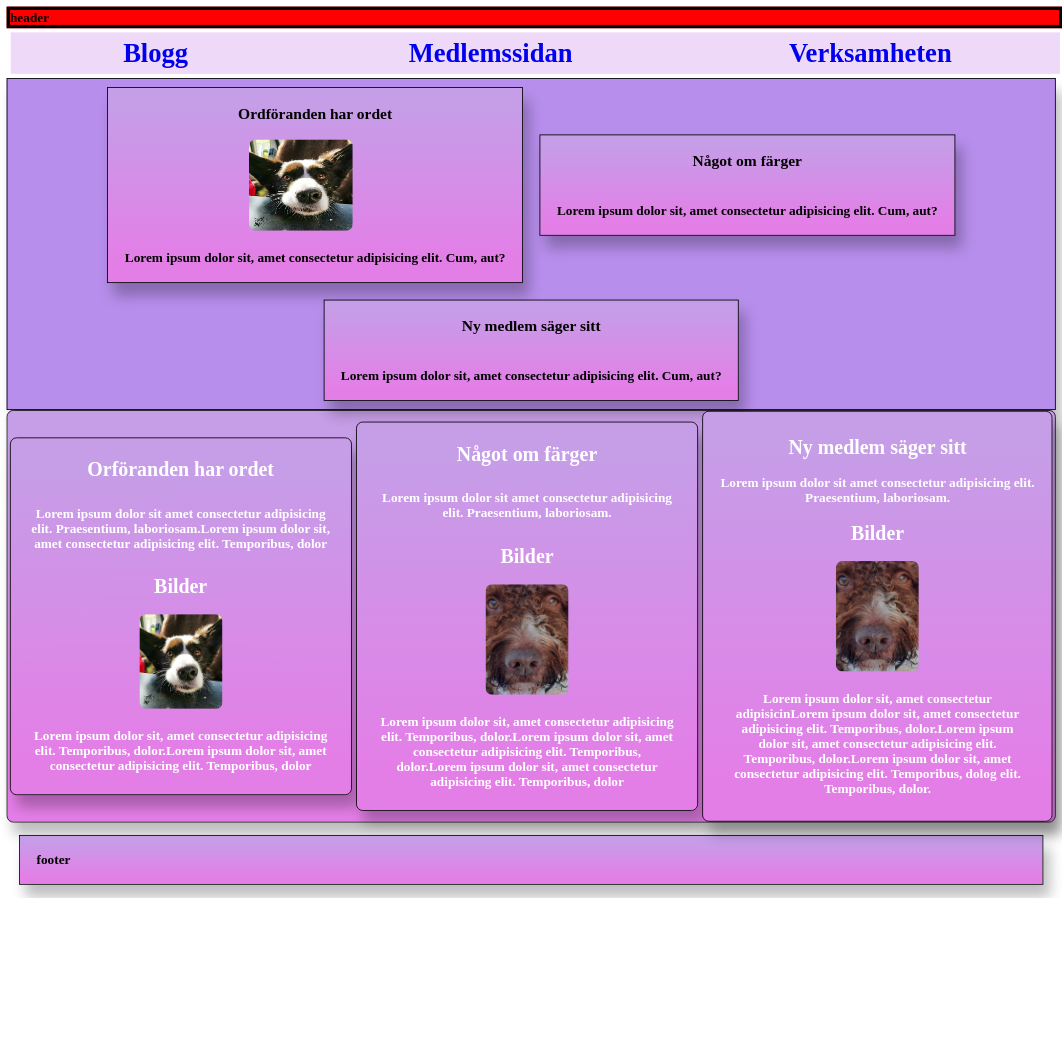
Repository: Webutveckling-20-21/lektion-3-CSS
Page: index.html
The author's editor kept a copy of each file at every save. The page is drawn from the files as they stood at one save, then again after the next save.
The browser window is 1280 px wide. The pictures show the whole page, at 83% of full size.
Some web fonts or font styles are not loaded; a fallback is used.

Above is the page before, as saved 2021-09-30 14:26:25.

### index.html
<!DOCTYPE html>
<html lang="en">

<head>
    <meta charset="UTF-8">
    <meta http-equiv="X-UA-Compatible" content="IE=edge">
    <meta name="viewport" content="width=device-width, initial-scale=1.0">
    <link rel="stylesheet" href="style.css">
    <title>lektion 3</title>
</head>

<body>
    <div class="header">
        header

    </div>

    <ul class="navbar">

            <li class="nav-list"> <a href="#">Blogg</a></li>
            <li><a href="#">Medlemssidan</a></li>
            <li><a href="#">Verksamheten</a></li>

        </ul>

    <div class="main-center">

        <div class="article1">
            <h3>Ordföranden har ordet</h3>
            <img src="images/ord.jpg" class="thumbnail" height="110" width="110" alt="Bild på ordföranden">
            <p>Lorem ipsum dolor sit, amet consectetur adipisicing elit. Cum, aut?</p>
        </div>
        <div class="article3">
            <h3>Något om färger</h3>
            <p>Lorem ipsum dolor sit, amet consectetur adipisicing elit. Cum, aut?</p>
        </div>
        <div class="article3">
            <h3>Ny medlem säger sitt</h3>
            <p>Lorem ipsum dolor sit, amet consectetur adipisicing elit. Cum, aut?</p>
        </div>
    </div>
    <div class="box">
        <div class="blue">
            <h2>Orföranden har ordet</h2>
            <p>Lorem ipsum dolor sit amet consectetur adipisicing elit. Praesentium, laboriosam.Lorem ipsum dolor sit, amet consectetur adipisicing elit. Temporibus, dolor </p>
            <div class="images">
                <h2>Bilder</h2>
                <img src="images/ord.jpg" alt="bild">
                <p>Lorem ipsum dolor sit, amet consectetur adipisicing elit. Temporibus, dolor.Lorem ipsum dolor sit, amet consectetur adipisicing elit. Temporibus, dolor</p>
            </div>
        </div>
        <div class="green">
            <h2>Något om färger</h2>
            <p>Lorem ipsum dolor sit amet consectetur adipisicing elit. Praesentium, laboriosam. </p>
            <div class="images">
                <h2>Bilder</h2>
                <img src="images/olle.jpg" alt="bild">
                <p>Lorem ipsum dolor sit, amet consectetur adipisicing elit. Temporibus, dolor.Lorem ipsum dolor sit, amet consectetur adipisicing elit. Temporibus, dolor.Lorem ipsum dolor sit, amet consectetur adipisicing elit. Temporibus, dolor</p>
            </div>
        </div>
        <div class="red">
            <h2>Ny medlem säger sitt</h2>
            <div>Lorem ipsum dolor sit amet consectetur adipisicing elit. Praesentium, laboriosam.
                <div class="images">
                    <h2>Bilder</h2>
                    <img src="images/olle.jpg" alt="bild">
                    <p>Lorem ipsum dolor sit, amet consectetur adipisicinLorem ipsum dolor sit, amet consectetur adipisicing elit. Temporibus, dolor.Lorem ipsum dolor sit, amet consectetur adipisicing elit. Temporibus, dolor.Lorem ipsum dolor sit, amet consectetur adipisicing elit. Temporibus, dolog elit. Temporibus, dolor.</p>
                </div>
            </div>
        </div>
    </div>
</body>
<div class="footer-place"> footer</div>





</html>

### style.css
@import url('https://fonts.googleapis.com/css2?family=Grechen+Fuemen&display=swap');

body {
    font-family: 'Grechen Fuemen', cursive;
    font-weight: bolder;
}
.header{
    width: 100%;
    border:4px solid black;
    background:red;
}

.navbar {
    width: 100%;
    height: 50px;
    display: flex;
    align-items: center;
    justify-content: space-around;
    background-color: #eed9f8;
    margin: 5px;
}

ul {

    list-style-type: none;
    display: flex;
    margin: 0;
    padding: 0;
    overflow: hidden;
}

.nav-list {
    margin: 5px;
}

a {
    text-decoration: none;
    font-size: 2rem;

}

a:hover {
    color: blue;
}
.thumbnail:hover {
    position:relative;
    top:-20px;
    left:-30px;
    width:500px;
    height:auto;
    display:block;
    z-index:999;
}
/* <img src="[your hosted image URL]" class="thumbnail" height="100" width="100" />  */



.box {
    background: linear-gradient(to bottom, #c69de7 10%, #e47ee7 90%);
    /* height:200px; */
    display: flex;
    max-width: 100%;
    align-items: center;
    justify-content: center;
    border: 1px solid black;
    border-radius: 8px;
    flex-wrap: wrap;
    justify-content: center;
    /* opacity: 0.5; */
    box-shadow: 7.6px 15.2px 15.2px hsl(0deg 0% 0% / 0.26);
}

.blue {

    background: linear-gradient(to bottom, #c69de7 10%, #e47ee7 90%);
    max-width: 400px;
    margin: auto;
    border: 1px solid black;
    color: white;
    text-align: center;
    border-radius: 8px;
    justify-content: center;
    padding: 5px;
    box-shadow: 7.6px 15.2px 15.2px hsl(0deg 0% 0% / 0.26);


}

.green {

    background: linear-gradient(to bottom, #c69de7 10%, #e47ee7 90%);
    max-width: 400px;
    margin: auto;
    border: 1px solid black;
    color: white;
    text-align: center;
    border-radius: 8px;
    justify-content: center;
    padding: 5px;
    box-shadow: 7.6px 15.2px 15.2px hsl(0deg 0% 0% / 0.26);


}

.red {

    background: linear-gradient(to bottom, #c69de7 10%, #e47ee7 90%);
    max-width: 400px;
    margin: auto;
    color: white;
    text-align: center;
    border: 1px solid black;

    border-radius: 8px;
    justify-content: center;
    padding: 10px;
    box-shadow: 7.6px 15.2px 15.2px hsl(0deg 0% 0% / 0.26);

}

img {
    width: 25%;
    border-radius: 8px;
    max-width: 300px;
    margin: auto;
}

h2 {
    justify-content: center;
}

.main-center h3 {
    justify-content: center;
}

.main-center {
    display: flex;
    flex-direction: row;
    flex-wrap: wrap;
    border: 1px solid black;
    align-items: center;
    justify-content: center;
    background-color: rgb(183, 142, 236);
    box-shadow: 7.6px 15.2px 15.2px hsl(0deg 0% 0% / 0.26);
}

.article1 {
    margin: 10px;
    border: 1px solid black;
    justify-content: center;
    align-items: center;
    background: linear-gradient(to bottom, #c69de7 10%, #e47ee7 90%);
    box-shadow: 7.6px 15.2px 15.2px hsl(0deg 0% 0% / 0.26);

}
.article1 img {
    border-radius: 8px;
    margin-left: 170px;
}

.article2 {
    margin: 10px;
    border: 1px solid black;
    background-color: rgb(172, 125, 233);
    box-shadow: 7.6px 15.2px 15.2px hsl(0deg 0% 0% / 0.26);
    background: linear-gradient(to bottom, #c69de7 10%, #e47ee7 90%);

}

.article3 {
    margin: 10px;
    border: 1px solid black;
    background: linear-gradient(to bottom, #c69de7 10%, #e47ee7 90%);
    box-shadow: 7.6px 15.2px 15.2px hsl(0deg 0% 0% / 0.26);
}

h3 {
    margin: auto;
}

p {
    text-align: center;
    margin: 10px;
    padding: 10px;
}

h3 {
    padding: 20px;
    text-align: center;
}

.footer-place {
    padding: 20px;
    margin: 15px;
    border: 1px solid black;
    background: linear-gradient(to bottom, #c69de7 10%, #e47ee7 90%);
    box-shadow: 7.6px 15.2px 15.2px hsl(0deg 0% 0% / 0.26);
}

After the next save:
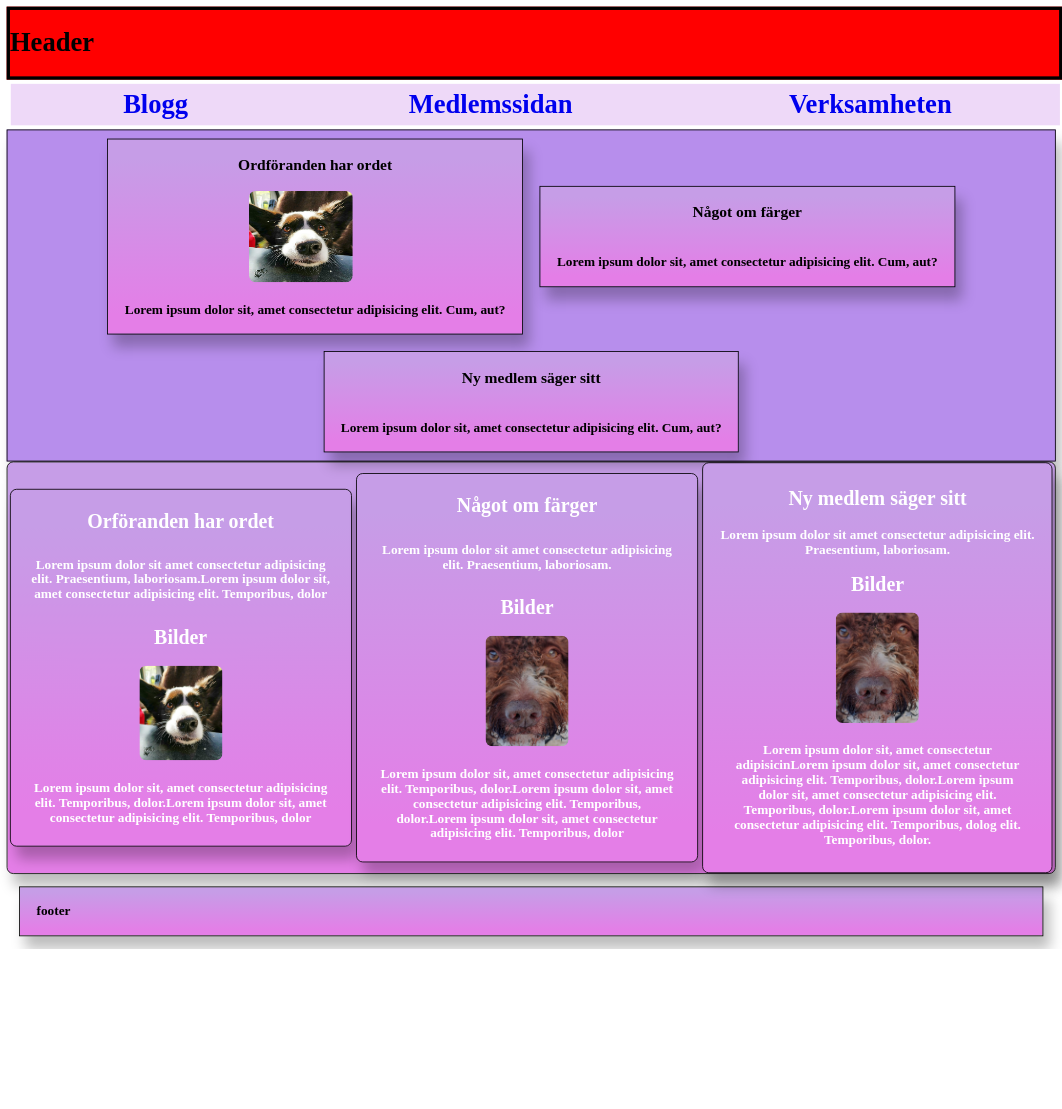
Saved 19 s later.
--- a/index.html
+++ b/index.html
@@ -11,7 +11,7 @@
 
 <body>
     <div class="header">
-        header
+       <h1>Header</h1>
 
     </div>
 
